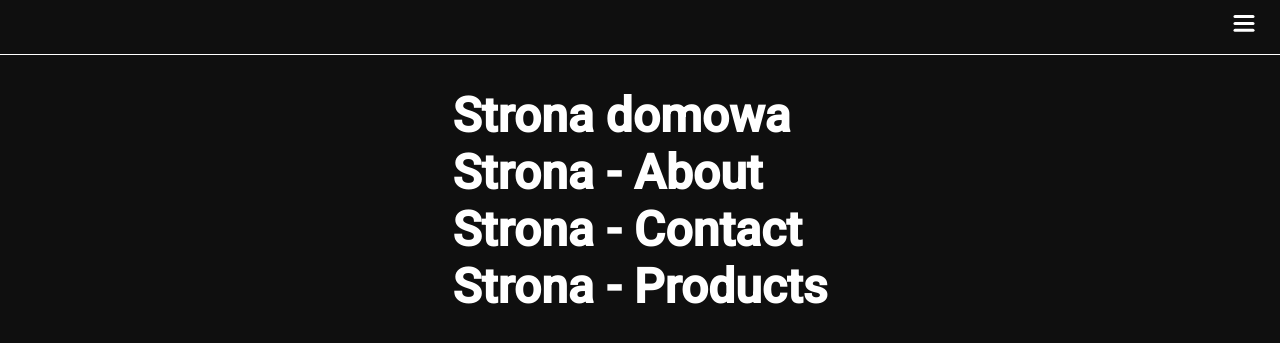
Repository: KrzysKolo/sr_tydzien5_zad3
Page: /
An editor plug-in stored every save of this project. The page is shown before and after the next save, followed by the edit.
The browser window is 1280 px wide. The pictures show the whole page.
The project was rebuilt for these pictures with package versions that can differ from the ones it lists, and the page was loaded fresh each time.

Above is the page before, as saved 2020-12-31 12:02:41.

### public/index.html
<!DOCTYPE html>
<html lang="en">
  <head>
    <meta charset="utf-8" />
    <link rel="icon" href="%PUBLIC_URL%/favicon.ico" />
    <meta name="viewport" content="width=device-width, initial-scale=1" />
    <meta name="theme-color" content="#000000" />
    <meta
      name="description"
      content="Web site created using create-react-app"
    />
    <link rel="apple-touch-icon" href="%PUBLIC_URL%/logo192.png" />
    <!--
      manifest.json provides metadata used when your web app is installed on a
      user's mobile device or desktop. See https://developers.google.com/web/fundamentals/web-app-manifest/
    -->
    <link rel="manifest" href="%PUBLIC_URL%/manifest.json" />
    <!--
      Notice the use of %PUBLIC_URL% in the tags above.
      It will be replaced with the URL of the `public` folder during the build.
      Only files inside the `public` folder can be referenced from the HTML.

      Unlike "/favicon.ico" or "favicon.ico", "%PUBLIC_URL%/favicon.ico" will
      work correctly both with client-side routing and a non-root public URL.
      Learn how to configure a non-root public URL by running `npm run build`.
    -->
    <link rel="preconnect" href="https://fonts.gstatic.com">
    <link href="https://fonts.googleapis.com/css2?family=Poppins:wght@300;400&family=Roboto:wght@500&display=swap" rel="stylesheet">
    <title>Menu nawigacyjne</title>
  </head>
  <body>
    <noscript>You need to enable JavaScript to run this app.</noscript>
    <div id="root"></div>
    <!--
      This HTML file is a template.
      If you open it directly in the browser, you will see an empty page.

      You can add webfonts, meta tags, or analytics to this file.
      The build step will place the bundled scripts into the <body> tag.

      To begin the development, run `npm start` or `yarn start`.
      To create a production bundle, use `npm run build` or `yarn build`.
    -->
  </body>
</html>

### src/App.js
import React from 'react';
import styled from 'styled-components';
import './App.css';
import { BrowserRouter as Router } from 'react-router-dom';
import Navbar from './components/navbar/Navbar';
import Home from './components/pages/Home';
import Contact from './components/pages/Contact';
import About from './components/pages/About';
import Products from './components/pages/Products';

const AppContainer = styled.div`
  width: 100vw;
  height: 100vh;
  display: flex;
  flex-direction: column;
  align-items: center;
  background-color: rgba(15, 15, 15, 1);
  color: #fff;
`;
const InnerContainer = styled.div`
  width: 100%;
  display: flex;
  flex-direction: column;
  align-items: center;
  padding: 2rem;
`;
const SomeContent = styled.h2`
  color: #fff;
`;
const App = () => {
  return (
    <Router>
      <AppContainer>
        <Navbar />
        <InnerContainer>
          <SomeContent>
            <Home />
            <About />
            <Contact />
            <Products />
          </SomeContent>
        </InnerContainer>
      </AppContainer>
    </Router>
  )
}

export default App;

### src/App.css
* {
  box-sizing: border-box;
  padding: 0;
  margin: 0;
}
body {
  font-family: "Roboto", sans-serif;
}

### src/components/navbar/Navbar.js
import React from 'react';
import styled from 'styled-components';
import HamburgerMenu from './../../components/hamburgerMenu/HamburgerMenu';

const NavbarContainer = styled.div`
    width: 100vw;
    height: 55px;
    border-bottom: 1px solid #fff;
    display: flex;
    flex-direction: row-reverse;
    align-items: center;
    padding: 0 1.5rem;
`;
const Navbar = () => {
    return (
        <NavbarContainer>
            <HamburgerMenu />
        </NavbarContainer>
    )
}

export default Navbar;

### src/components/pages/Home.js
import React from 'react';

const Home = () => {
    return (
        <>
            <h1>Strona domowa</h1>
        </>
    )
}

export default Home;

### src/components/pages/Contact.js
import React from 'react';

const Contact = () => {
    return (
        <>
            <h1>Strona - Contact</h1>
        </>
    )
}

export default Contact;

### src/components/pages/About.js
import React from 'react';

const About = () => {
    return (
        <>
            <h1>Strona - About</h1>
        </>
    )
}

export default About;

### src/components/pages/Products.js
import React from 'react';

const Products = () => {
    return (
        <>
            <h1>Strona - Products</h1>
        </>
    )
}

export default Products;

### src/components/hamburgerMenu/HamburgerMenu.js
import React, { useState } from 'react';
import styled from 'styled-components';
import MenuToggle from './MenuToggle';
import NavMenu from './NavMenu';
import { motion } from 'framer-motion';
import { FontAwesomeIcon } from '@fortawesome/react-fontawesome';
import { faUserCircle } from '@fortawesome/free-solid-svg-icons';

const HamburgerMenuContainer = styled.div`
    display: flex;
`;

const HamburgerIcon = styled.div`
    color: ${({ reverseColor }) => reverseColor ? "#000" : "#fff"};
    cursor: pointer;
    z-index: 99;
    transition: all 0.25s ease-in-out;
`;

const MenuContainer = styled(motion.div)`
    height: 100%;
    width: 100%;
    max-width: 100%;
    background-color: #fff;
    box-shadow: -2px 0 2px rgba(15, 15, 15, 0.3);
    z-index: 90;
    position: fixed;
    top: 0;
    right: 0;
    transform: translateX(4em);
    user-select: none;
    padding: 1rem 2.5rem;

`;

const TopContainer = styled.div`
    display: flex;
    width: 100%;
`;

const IconContainer = styled.div`
    font-size: 15px;
    color: #555;
    padding-right: 5px;
`;

const LoginButton = styled(motion.button)`
    border: 0;
    background: transparent;
    color: #555;
    display: flex;
    flex-direction: row;
    font-size: 13px;
    font-weight: 700;
    transition: all .25s ease-in-out;
    &:hover {
        color: #666;
    }
    &:focus {
        outline: none;
    }
    &:not(:last-of-type){
        border-right: 1px solid #cecece;
        padding-right: 10px;
        margin-right: 10px;
    }
`;

const ContentContainer = styled.div`
    display: flex;
    flex-direction: column;
    margin-top: 1rem;
`;

const menuTransition = { type: "spring", duration: 1, stiffness: 33, delay: 0.1 }
const menuVariants = {
    open: {
        transform: "translateX(3%)",
    },
    closed: {
        transform: "translateX(103%)",
    },
}

const HamburgerMenu = (props) => {
    const [isOpen, setIsOpen] = useState(false)
    const toggleMenu = () => {
        setIsOpen(!isOpen);
    }
    return (
        <HamburgerMenuContainer>
            <HamburgerIcon>
                <MenuToggle toggle={toggleMenu} isOpen={isOpen} />
            </HamburgerIcon>

            <MenuContainer
            initial={false}
            animate={isOpen ? "open" : "closed"}
            variants={menuVariants}
            transition={menuTransition}>
                <TopContainer>
                    <LoginButton>
                        <IconContainer>
                            <FontAwesomeIcon icon={faUserCircle}/>
                        </IconContainer>
                        LOGIN
                    </LoginButton>
                    <LoginButton>
                        JOIN US
                    </LoginButton>
                </TopContainer>
                <ContentContainer>
                    <NavMenu toggle={toggleMenu}  isOpen={isOpen} />
                </ContentContainer>
            </MenuContainer>

        </HamburgerMenuContainer>
    )
}

export default HamburgerMenu;

### src/components/hamburgerMenu/MenuToggle.js
import { motion } from 'framer-motion';
import React from 'react';
import styled from 'styled-components';

const Button = styled.div`
    z-index: 99;
    cursor: pointer;
`;

const Path = (props) => (
    <motion.path fill="transparent" strokeLinecap="round" strokeWidth="3" {...props} />
)
const transition = { duration: 0.3 };
const MenuToggle = ({ toggle, isOpen }) => {
    return (
        <Button onClick={toggle}>
            <svg width="23" height="23" viewBox="0 0 23 23">
                <Path animate={isOpen ? "open" : "closed"} initial={false}
                variants={{
                    closed: {d: "M 2 2.5 L 20 2.5", stroke: "hsl(0, 0%, 100%)"},
                    open: {d: "M 3 16.5 L 17 2.5", stroke: "hsl(0, 0%, 18%)"},
                }} transition={transition} />
                <Path
                d="M 2 9.423 L 20 9.423"
                stroke="hsl(0, 0%, 100%)"
                animate={isOpen ? "open" : "closed"}
                initial={false}
                variants={{
                    closed: { opacity: 1},
                    open: { opacity: 0 },
                }} transition={transition} />
                <Path
                animate={isOpen ? "open" : "closed"}
                 initial={false}
                variants={{
                    closed: {d: "M 2 16.346 L 20 16.346", stroke: "hsl(0, 0%, 100%)"},
                    open: {d: "M 3 2.5 L 17 16.346", stroke: "hsl(0, 0%, 18%)"},
                }} transition={transition} />
            </svg>

        </Button>
    )
}

export default MenuToggle;

### src/components/hamburgerMenu/NavMenu.js
import React from 'react';
import styled from 'styled-components';
import { motion } from 'framer-motion';
import { Link } from 'react-router-dom';

const NavMenuContainer = styled.div`
    width: 100%;
    display: flex;
    flex-direction: column;
`;
const NavList = styled.ul`
    padding: 0 0.8em;
    width: 100%;
    display: flex;
    flex-direction: column;
`;
const NavButton = styled.div`
    background: linear-gradient(90deg, rgba(219,219,219,0.1) 0%, rgba(255,255,255,1)  50%, rgba(219,219,219,0.1) 100%);
    text-align: center;
    line-height: 55px;
    border-bottom: 2px solid rgba(219, 219, 219, .4);
    color: #555;
    font-size: 18px;
    margin-right: 30px;
    font-weight: 600;
    height: 55px;
    transition: all 0.25s ease-in-out;
    &:hover{
        background: linear-gradient(90deg, rgba(255,255,255,1) 0%, rgba(219,219,219,0.1) 50%, rgba(255,255,255,1) 100%);
        color: rgb(255, 0, 0);
    }
`;
const NavLink = styled(motion.li)`
    border-bottom: 2px solid rgba(219, 219, 219, .4);
    margin-right: 30px;
    font-weight: 600;
    height: 55px;
    display: flex;
    align-items: center;
    cursor: pointer;

    a {
        font-size: 18px;
        color: #444;
        text-decoration: none;
        transition: all 0.2s ease-in-out;
    }
    &:hover {
        background: linear-gradient(90deg, rgba(255,255,255,1) 0%, rgba(219,219,219,0.1) 50%, rgba(255,255,255,1) 100%);
        border-bottom: 2px solid rgba(219, 219, 219, .2);
        a {
            color: rgba(85, 85, 85, .8);
        }
    }
`;
const variants = {
    show: {
        transform: "translateX(0em)",
        opacity: 1,
    },
    hide: {
        transform: "translateX(5em)",
        opacity: 0,
    },
}
const NavMenu = ({ isOpen, toggle }) => {
    return (
        <NavMenuContainer>
            <NavList>
                <NavLink
                initial={false}
                animate={ isOpen ? "show" : "hide"}
                variants={{
                    show: {
                         ...variants.show,
                         transition: { delay: 0.3, duration: 0.2},
                        },
                    hide: {
                        ...variants.hide,
                        transition: { delay: 0.05, duration: 0.05 },
                        },
                    }}
    >
                    <Link to="/">Home</Link>
                </NavLink>
                <NavLink
                initial={false}
                animate={ isOpen ? "show" : "hide"}
                variants={{
                    show: {
                         ...variants.show,
                         transition: { delay: 0.4, duration: 0.2},
                        },
                    hide: {
                        ...variants.hide,
                        transition: { delay: 0.1, duration: 0.05 },
                        },
                    }}
    >
                    <Link to="/products">Products</Link>
                </NavLink>
                <NavLink
                initial={false}
                animate={ isOpen ? "show" : "hide"}
                variants={{
                    show: {
                         ...variants.show,
                         transition: { delay: 0.5, duration: 0.2},
                        },
                    hide: {
                        ...variants.hide,
                        transition: { delay: 0.15, duration: 0.05 },
                        },
                    }}
    >
                    <Link to="/about">About</Link>
                </NavLink>
                <NavLink
                initial={false}
                animate={ isOpen ? "show" : "hide"}
                variants={{
                    show: {
                         ...variants.show,
                         transition: { delay: 0.6, duration: 0.2},
                        },
                    hide: {
                        ...variants.hide,
                        transition: { delay: 0.2, duration: 0.05 },
                        },
                    }}
    >
                    <Link to="/contact">Contact</Link>
                </NavLink>
                <NavButton onClick={toggle}>Close</NavButton>

            </NavList>
        </NavMenuContainer>

    )
}

export default NavMenu;

Loaded but not shown: src/index.js (common file); src/index.css (common file)

After the next save:
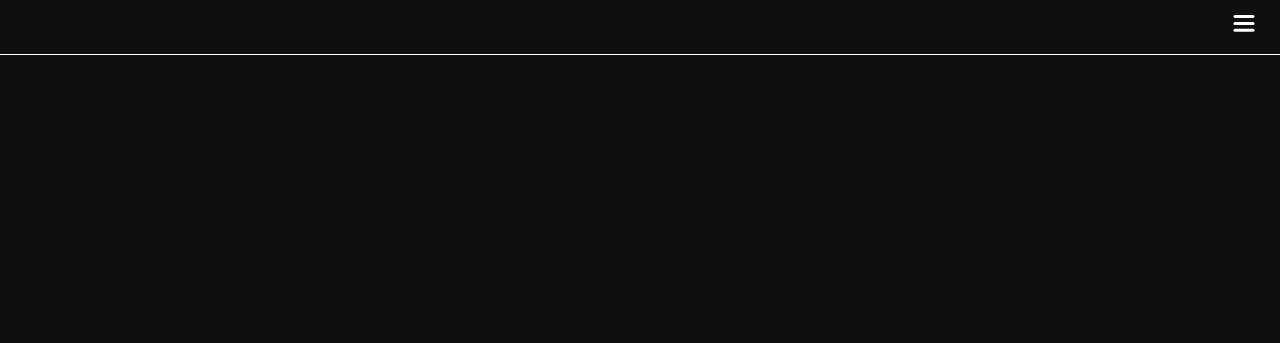
Saved 4 min 9 s later.
--- a/src/App.js
+++ b/src/App.js
@@ -1,7 +1,7 @@
 import React from 'react';
 import styled from 'styled-components';
 import './App.css';
-import { BrowserRouter as Router } from 'react-router-dom';
+import { BrowserRouter as Router, Route } from 'react-router-dom';
 import Navbar from './components/navbar/Navbar';
 import Home from './components/pages/Home';
 import Contact from './components/pages/Contact';
@@ -34,10 +34,7 @@ const App = () => {
         <Navbar />
         <InnerContainer>
           <SomeContent>
-            <Home />
-            <About />
-            <Contact />
-            <Products />
+            <Route />
           </SomeContent>
         </InnerContainer>
       </AppContainer>
